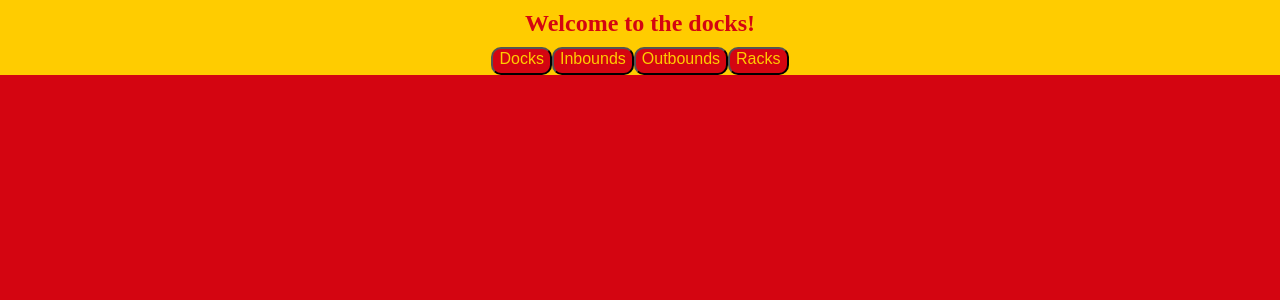
Repository: charliejp0311/java-final-proj
Page: dockWalk-frontend/index.html
The author's editor kept a copy of each file at every save. The page is drawn from the files as they stood at one save, then again after the next save.
The browser window is 1280 px wide. The pictures show the whole page.
The page's requests for data from a server got no answer.

Above is the page before, as saved 2020-09-05 14:53:33.

After the next save:
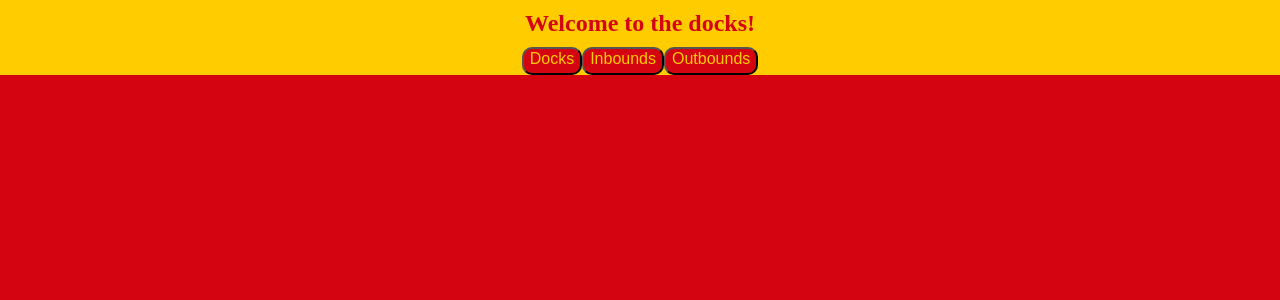
Saved 36 min 2 s later.
--- a/dockWalk-frontend/src/index.js
+++ b/dockWalk-frontend/src/index.js
@@ -14,13 +14,13 @@
         dispDrCards(doorWithOut(), "Outbounds")
     })
     button3.innerText = "Outbounds"
-    let button4 = document.createElement('button')
-    button4.addEventListener('click',(e)=>{
-        dispDrCards(doorWithRack(), "Racks")
-    })
-    button4.innerText = "Racks"
+    // let button4 = document.createElement('button')
+    // button4.addEventListener('click',(e)=>{
+    //     dispDrCards(doorWithRack(), "Racks")
+    // })
+    // button4.innerText = "Racks"
     h.appendChild(button1)
     h.appendChild(button2)
     h.appendChild(button3)
-    h.appendChild(button4)
+    // h.appendChild(button4)
 });
